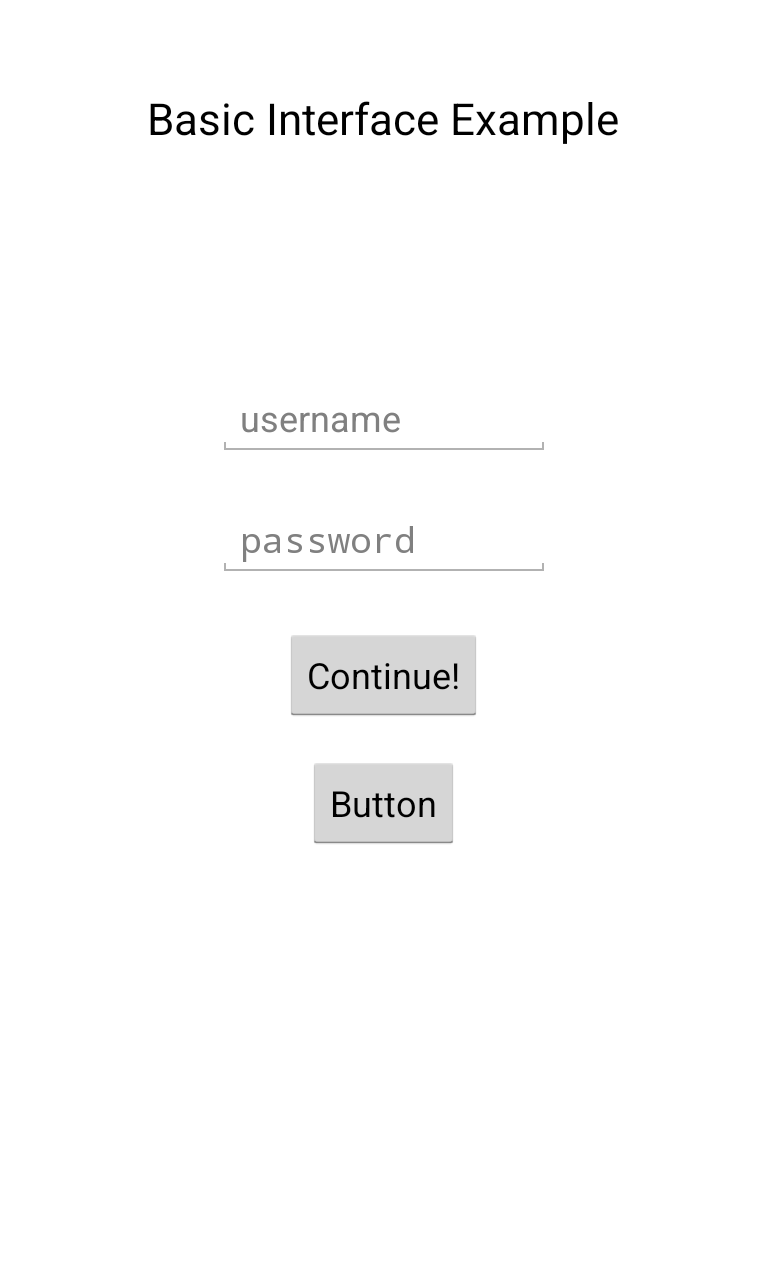
Repository: maya-alba/BasicInterface
Layout: BasicUserInterface/res/layout/activity_main.xml
An editor plug-in stored every save of this project. The layout is shown before and after the next save, followed by the edit.
It is drawn on a 768 x 1280 px phone screen (xhdpi) without system bars, with theme AppTheme; the app's code is not run.

Above is the layout before, as saved 2014-03-10 03:16:56.

After the next save:
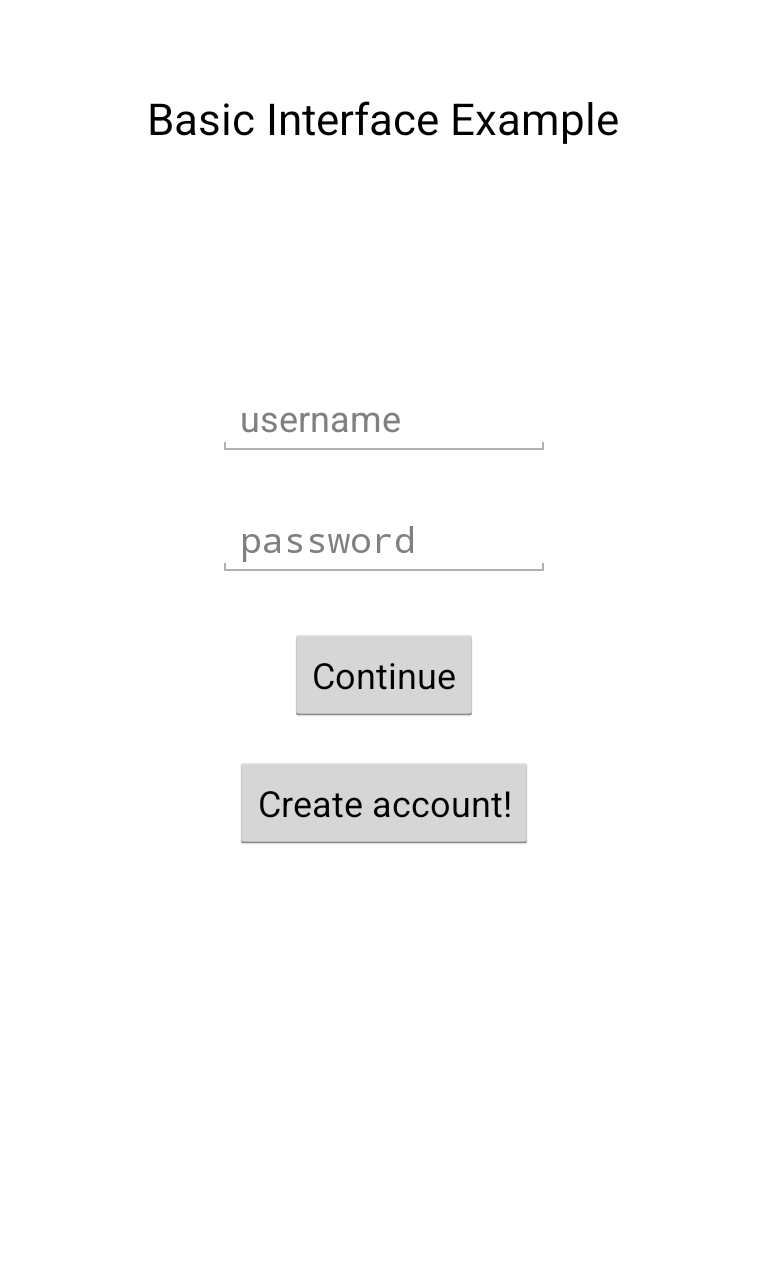
Saved 25 s later.
--- a/BasicUserInterface/res/layout/activity_main.xml
+++ b/BasicUserInterface/res/layout/activity_main.xml
@@ -37,7 +37,7 @@
         android:layout_below="@+id/editText2"
         android:layout_centerHorizontal="true"
         android:layout_marginTop="24dp"
-        android:text="Continue!" />
+        android:text="Continue" />
 
     <EditText
         android:id="@+id/editText1"
@@ -57,6 +57,6 @@
         android:layout_below="@+id/button1"
         android:layout_centerHorizontal="true"
         android:layout_marginTop="16dp"
-        android:text="Button" />
+        android:text="Create account!" />
 
 </RelativeLayout>
